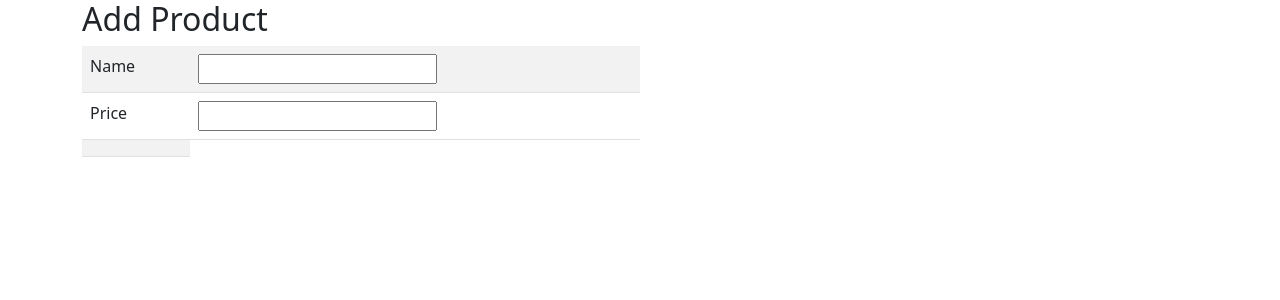
Repository: nguyenhung50497/MD3_thaoTacVoiFile
Page: BT_productManager2/templates/addProduct.html
The author's editor kept a copy of each file at every save. The page is drawn from the files as they stood at one save, then again after a run of saves.
The browser window is 1280 px wide. The pictures show the whole page.
Some web libraries are served in a nearby version.

Above is the page before, as saved 2022-12-14 15:42:08.

### BT_productManager2/templates/addProduct.html
<!DOCTYPE html>
<html lang="en">
<head>
    <meta charset="UTF-8">
    <title>Customer manager</title>
    <link href="https://cdn.jsdelivr.net/npm/bootstrap@5.1.3/dist/css/bootstrap.min.css" rel="stylesheet" crossorigin="anonymous">
</head>
<body>
<div class="container">
    <div class="col-6">
        <h2>Add Product</h2>
        <form action="" method="post">
            <table class="table table-striped">
                <tr>
                    <td>Name</td>
                    <td><input type="text" name="name"></td>
                </tr>
                <tr>
                    <td>Price</td>
                    <td><input type="text" name="price"></td>
                </tr>
                <tr>
                    <td></td>
                </tr>
            </table>
        </form>
    </div>

</div>
<script src="https://cdn.jsdelivr.net/npm/@popperjs/core@2.10.2/dist/umd/popper.min.js" integrity="sha384-7+zCNj/IqJ95wo16oMtfsKbZ9ccEh31eOz1HGyDuCQ6wgnyJNSYdrPa03rtR1zdB" crossorigin="anonymous"></script>
<script src="https://cdn.jsdelivr.net/npm/bootstrap@5.1.3/dist/js/bootstrap.min.js" integrity="sha384-QJHtvGhmr9XOIpI6YVutG+2QOK9T+ZnN4kzFN1RtK3zEFEIsxhlmWl5/YESvpZ13" crossorigin="anonymous"></script>
</body>
</html>

After the next 4 saves:
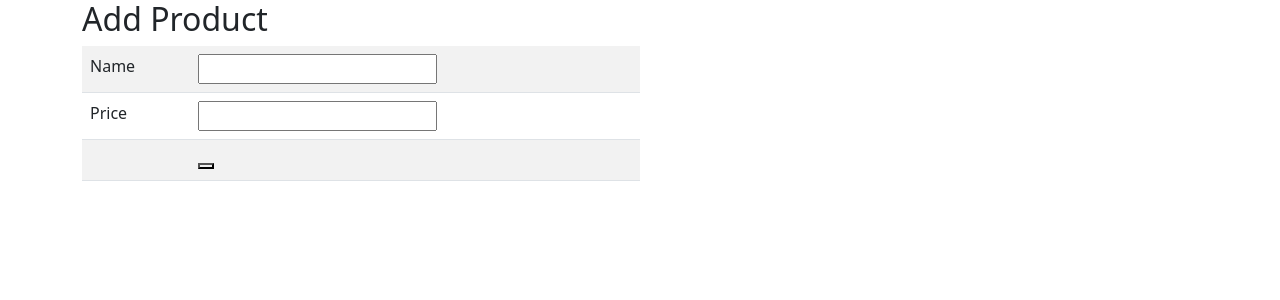
The 4 saves are shown as one change because they came seconds apart.
The last was saved 10 s later.
--- a/BT_productManager2/templates/addProduct.html
+++ b/BT_productManager2/templates/addProduct.html
@@ -21,6 +21,7 @@
                 </tr>
                 <tr>
                     <td></td>
+                    <td><button type=""></button></td>
                 </tr>
             </table>
         </form>
